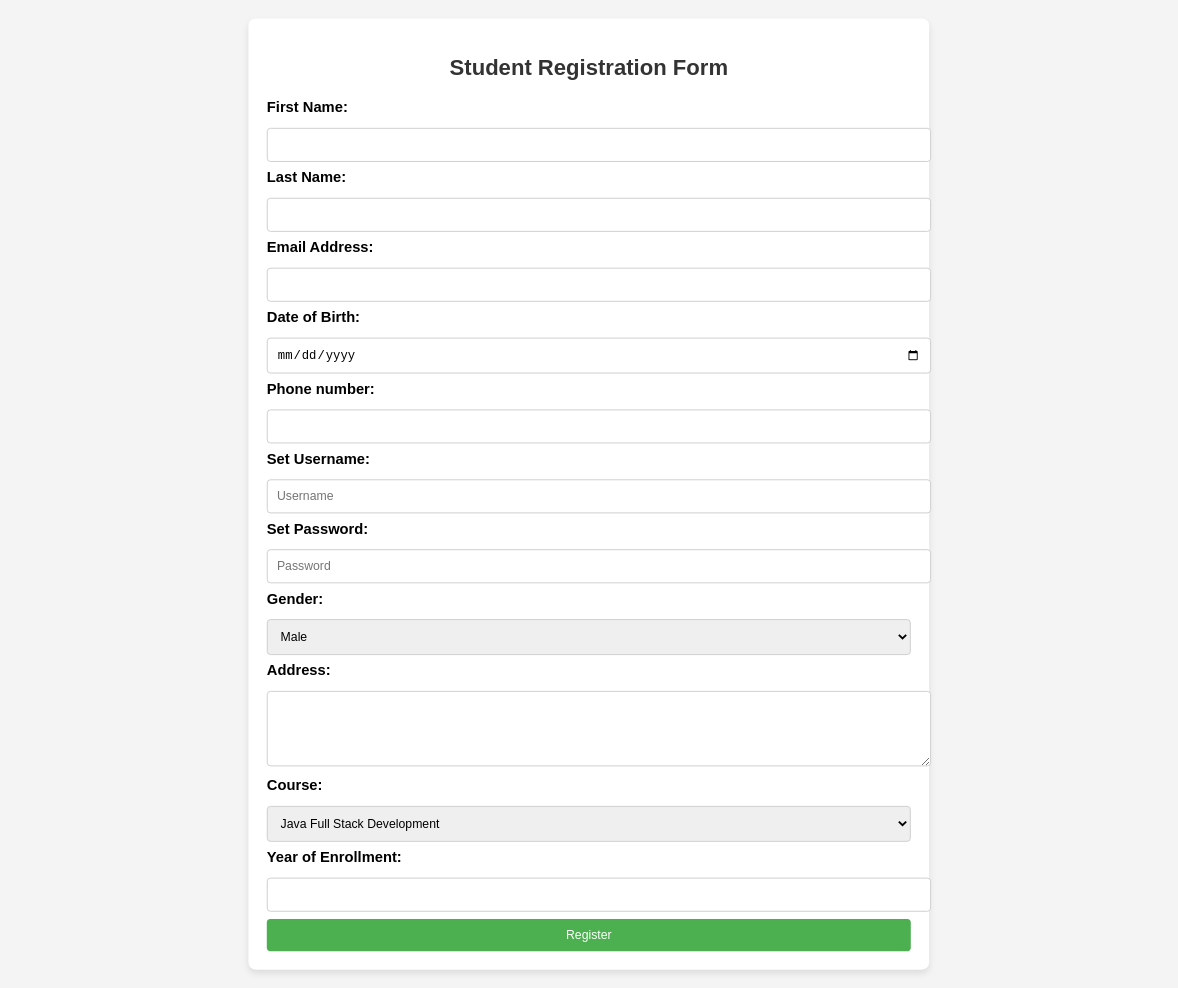
Repository: kkale14/My_allpr
Page: Kalyani1/src/main/webapp/Registration.html
These files come from the project's save history. The page is drawn as it stood at one moment and after the next save; the edit follows.
The browser window is 1280 px wide. The pictures show the whole page, at 92% of full size.

Above is the page before, as saved 2025-03-03 09:51:01.

### Kalyani1/src/main/webapp/Registration.html
<!DOCTYPE html>
<html>
<head>
<meta charset="UTF-8">


 <html lang="en">


    <meta name="viewport" content="width=device-width, initial-scale=1.0">
    <title>Student Registration Form</title>
    <style>
        body {
            font-family: Arial, sans-serif;
            background-color: #f4f4f4;
            margin: 0;
            padding: 20px;
        }
        .container {
            max-width: 700px;
            margin: auto;
            padding: 20px;
            background-color: white;
            border-radius: 8px;
            box-shadow: 0 4px 8px rgba(0, 0, 0, 0.1);
        }
        h2 {
            text-align: center;
            color: #333;
        }
        label {
            font-weight: bold;
            display: block;
            margin-bottom: 5px;
        }
        input[type="password"],input[type="mob"],input[type="text"], input[type="email"], input[type="date"], select, textarea {
            width: 100%;
            padding: 10px;
            margin: 8px 0;
            border: 1px solid #ccc;
            border-radius: 4px;
        }
        textarea {
            resize: vertical;
        }
        button {
            width: 100%;
            padding: 10px;
            background-color: #4CAF50;
            color: white;
            border: none;
            border-radius: 4px;
            cursor: pointer;
        }
        button:hover {
            background-color: #45a049;
        }
    </style>
</head>
<body>
    <div class="container">
        <h2>Student Registration Form</h2>
        <form action="/submit_registration" method="POST">
            <!-- Personal Information Section -->



            <label for="first_name">First Name:</label>
            <input type="text" id="first_name" name="first_name" required>

            <label for="last_name">Last Name:</label>
            <input type="text" id="last_name" name="last_name" required>

            <label for="email">Email Address:</label>
            <input type="email" id="email" name="email" required>

            <label for="dob">Date of Birth:</label>
            <input type="date" id="dob" name="dob" required>

            <label for="mob">Phone number:</label>
            <input type="mob" id="mob" name="mob" required>

            <label for="username">Set Username:</label>
             <input type="text" id="username" name="username" class="input-field" placeholder="Username" required>

             <label for="password">Set Password:</label>
            <input type="password" id="password" name="password" class="input-field" placeholder="Password" required>

            <label for="gender">Gender:</label>
            <select id="gender" name="gender" required>
                <option value="male">Male</option>
                <option value="female">Female</option>

            </select>

            <!-- Address Section -->
            <label for="address">Address:</label>
            <textarea id="address" name="address" rows="4" required></textarea>

            <!-- Course Information Section -->
            <label for="course">Course:</label>
            <select id="course" name="course" required>
                <option value="computer_science">Java Full Stack Development</option>
                <option value="engineering">Python </option>
                <option value="medicine">.Net</option>
                <option value="law">Data Science</option>
                <option value="business">Web Developer</option>
            </select>

            <label for="year_of_enrollment">Year of Enrollment:</label>
            <input type="text" id="year_of_enrollment" name="year_of_enrollment" required>

            <!-- Submit Button -->
            <button type="submit" value="Submit">Register</button>
        </form>
    </div>
</body>
</html>

After the next save:
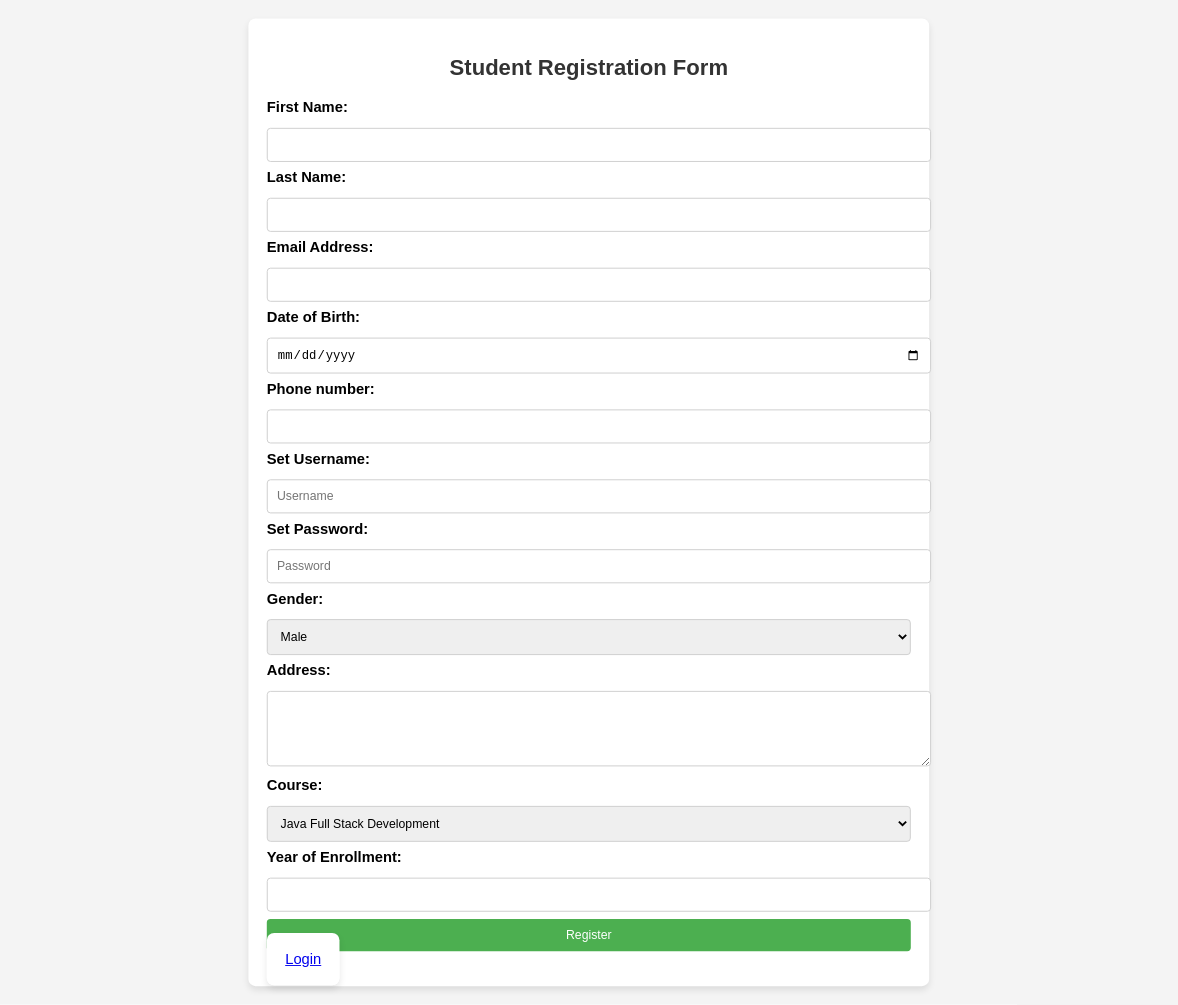
Saved 4 min 48 s later.
--- a/Kalyani1/src/main/webapp/Registration.html
+++ b/Kalyani1/src/main/webapp/Registration.html
@@ -112,6 +112,7 @@
 
             <!-- Submit Button -->
             <button type="submit" value="Submit">Register</button>
+            <a   class="container" value="login" href="Login.html" > Login</a>
         </form>
     </div>
 </body>
